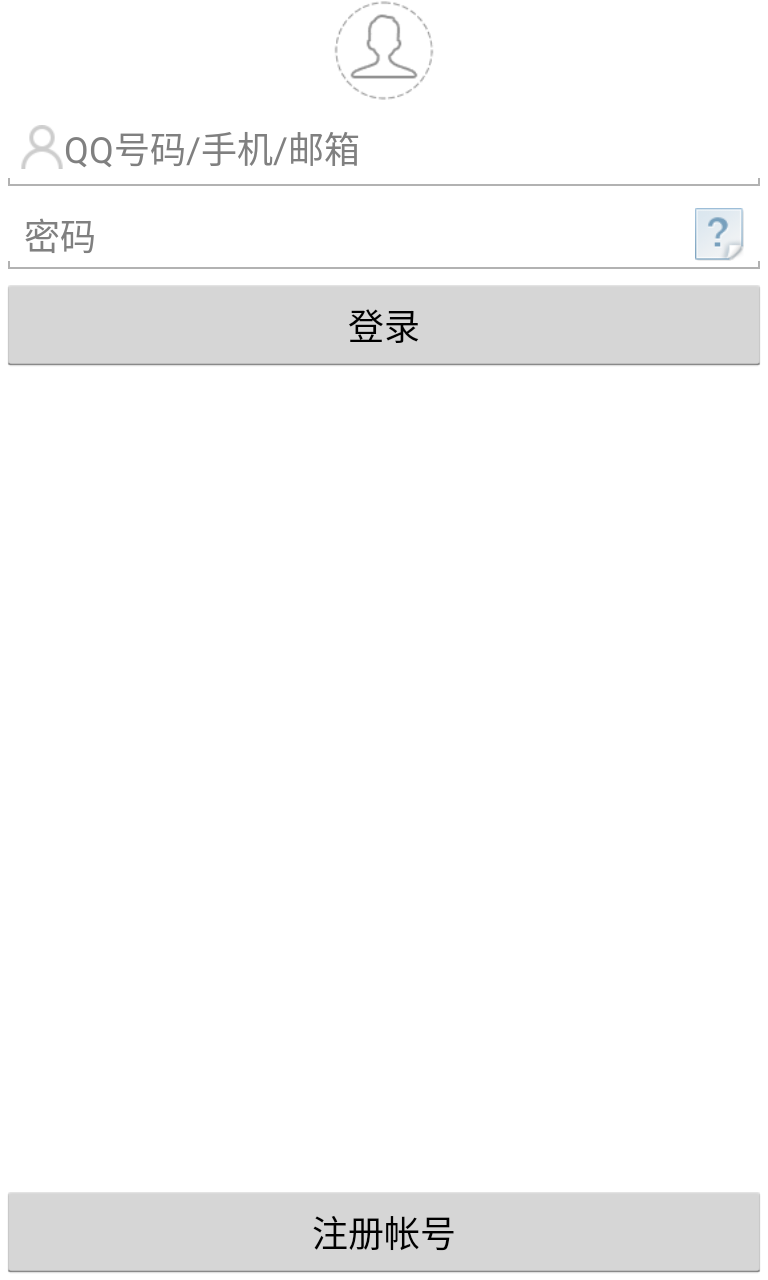
Repository: JDLINLC/android-dev
Layout: ModifyQQ/res/layout/main_activity.xml
These files come from the project's save history. The layout is drawn as it stood at one moment and after the next save; the edit follows.
It is drawn on a 768 x 1280 px phone screen (xhdpi) without system bars, with theme AppTheme; the app's code is not run.

Above is the layout before, as saved 2015-04-23 09:44:37.

### ModifyQQ/res/layout/main_activity.xml
<?xml version="1.0" encoding="utf-8"?>
<RelativeLayout xmlns:android="http://schemas.android.com/apk/res/android"
    android:layout_width="match_parent"
    android:layout_height="match_parent">



   <ImageView
        android:id="@+id/image_view"
        android:layout_width="match_parent"
        android:layout_height="wrap_content"
        android:layout_alignParentTop="true"
        android:src="@drawable/hg"
        />
    <EditText
        android:id="@+id/edit1_text"
        android:layout_height="wrap_content"
        android:layout_width="match_parent"
        android:layout_below="@id/image_view"
        android:padding="10dip"
        android:drawableLeft="@drawable/a"
        android:hint="QQ号码/手机/邮箱"
        />

    	<EditText
        	android:id="@+id/edit2_text"
        	android:layout_height="wrap_content"
        	android:layout_width="match_parent"
        	android:layout_below="@id/edit1_text"
        	android:hint="密码"
        	android:drawableRight="@drawable/ara"
        	android:inputType="textPassword"
        	/>
    <Button
        android:id="@+id/button_1"
        android:layout_height="wrap_content"
        android:layout_width="match_parent"
        android:layout_below="@id/edit2_text"
        android:layout_span="2"
        android:text="登录"
        />
    <Button
        android:id="@+id/button_2"
        android:layout_width="match_parent"
        android:layout_height="wrap_content"
		android:layout_alignParentBottom="true"
        android:text="注册帐号"/>



</RelativeLayout>

Loaded but not shown: ModifyQQ/res/values/styles.xml (common file); ModifyQQ/res/values-v11/styles.xml (common file); ModifyQQ/res/values-v14/styles.xml (common file)

After the next save:
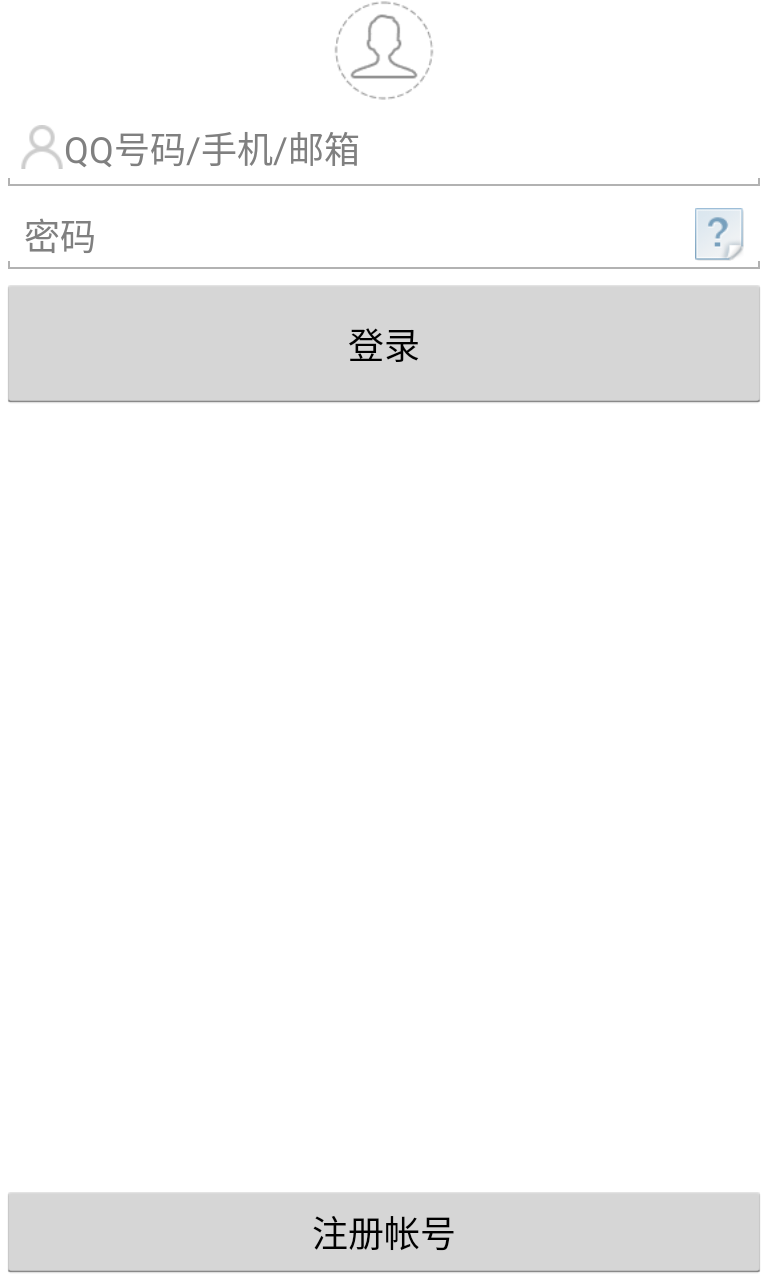
Saved 66 s later.
--- a/ModifyQQ/res/layout/main_activity.xml
+++ b/ModifyQQ/res/layout/main_activity.xml
@@ -37,6 +37,7 @@
         android:layout_width="match_parent"
         android:layout_below="@id/edit2_text"
         android:layout_span="2"
+        android:padding="20dip"
         android:text="登录"
         />
     <Button

After the save that followed:
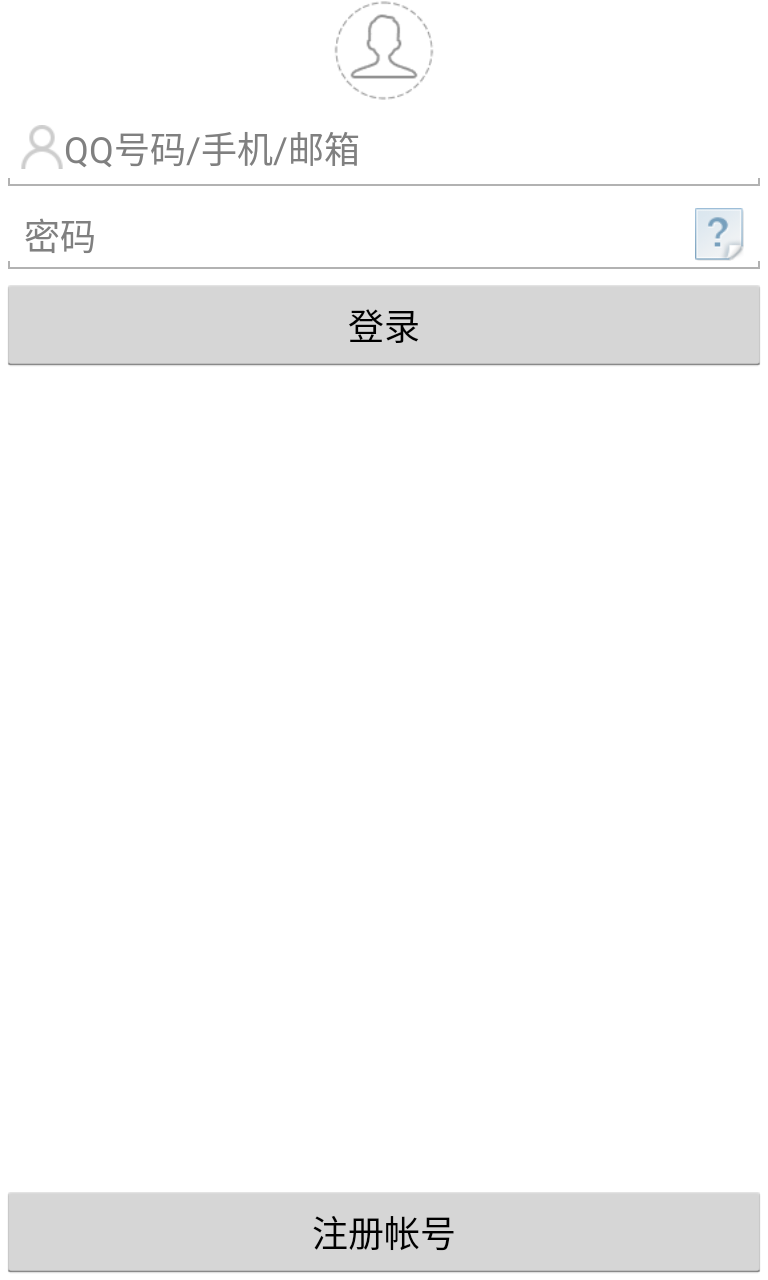
Saved 38 s later.
--- a/ModifyQQ/res/layout/main_activity.xml
+++ b/ModifyQQ/res/layout/main_activity.xml
@@ -37,7 +37,7 @@
         android:layout_width="match_parent"
         android:layout_below="@id/edit2_text"
         android:layout_span="2"
-        android:padding="20dip"
+        android:padding="2dip"
         android:text="登录"
         />
     <Button
